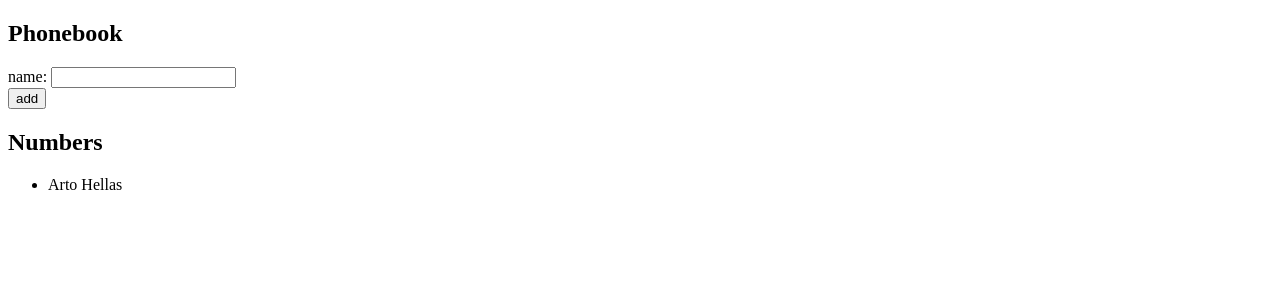
Repository: 4di61/FullStackOpen
Page: / (app in part2/phonebook/)
An editor plug-in stored every save of this project. The page is shown before and after the next save, followed by the edit.
The browser window is 1280 px wide. The pictures show the whole page.
The project was rebuilt for these pictures with package versions that can differ from the ones it lists, and the page was loaded fresh each time. Also part of the build but not shown: part2/phonebook/vite.config.js.

Above is the page before, as saved 2024-09-06 11:24:56.

### part2/phonebook/src/App.jsx
import { useState } from 'react'

const App = () => {
  const [persons, setPersons] = useState([
    { name: 'Arto Hellas' }
  ])
  const [newName, setNewName] = useState('')

  const handleInputChange = (event) => {
    // console.log(event.target.value);
    setNewName(event.target.value);
  }

  const addNewName = (event) => {
    event.preventDefault();
    if (!persons.map(person => person.name).includes(newName))
      setPersons([...persons, { name: newName }])
    else
      alert(`${newName} is already added to phonebook`)
    setNewName('')
  }

  return (
    <div>
      <h2>Phonebook</h2>
      <form onSubmit={addNewName}>
        <div>
          name: <input value={newName} onChange={handleInputChange}/>
        </div>
        <div>
          <button type="submit">add</button>
        </div>

      </form>
      <h2>Numbers</h2>
      <ul>
        {persons.map(person => <li key={person.name}>{person.name}</li>)}
      </ul>
      <div>

        </div>
    </div>
  )
}

export default App

Loaded but not shown: part2/phonebook/index.html (common file); part2/phonebook/src/main.jsx (common file)

After the next save:
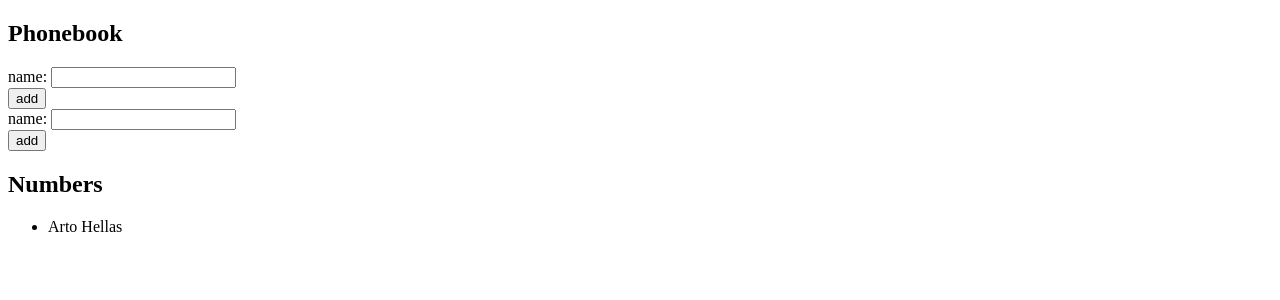
Saved 100 s later.
--- a/part2/phonebook/src/App.jsx
+++ b/part2/phonebook/src/App.jsx
@@ -31,6 +31,13 @@ const App = () => {
           <button type="submit">add</button>
         </div>
 
+        <div>
+          name: <input value={newName} onChange={handleInputChange}/>
+        </div>
+        <div>
+          <button type="submit">add</button>
+        </div>
+
       </form>
       <h2>Numbers</h2>
       <ul>
